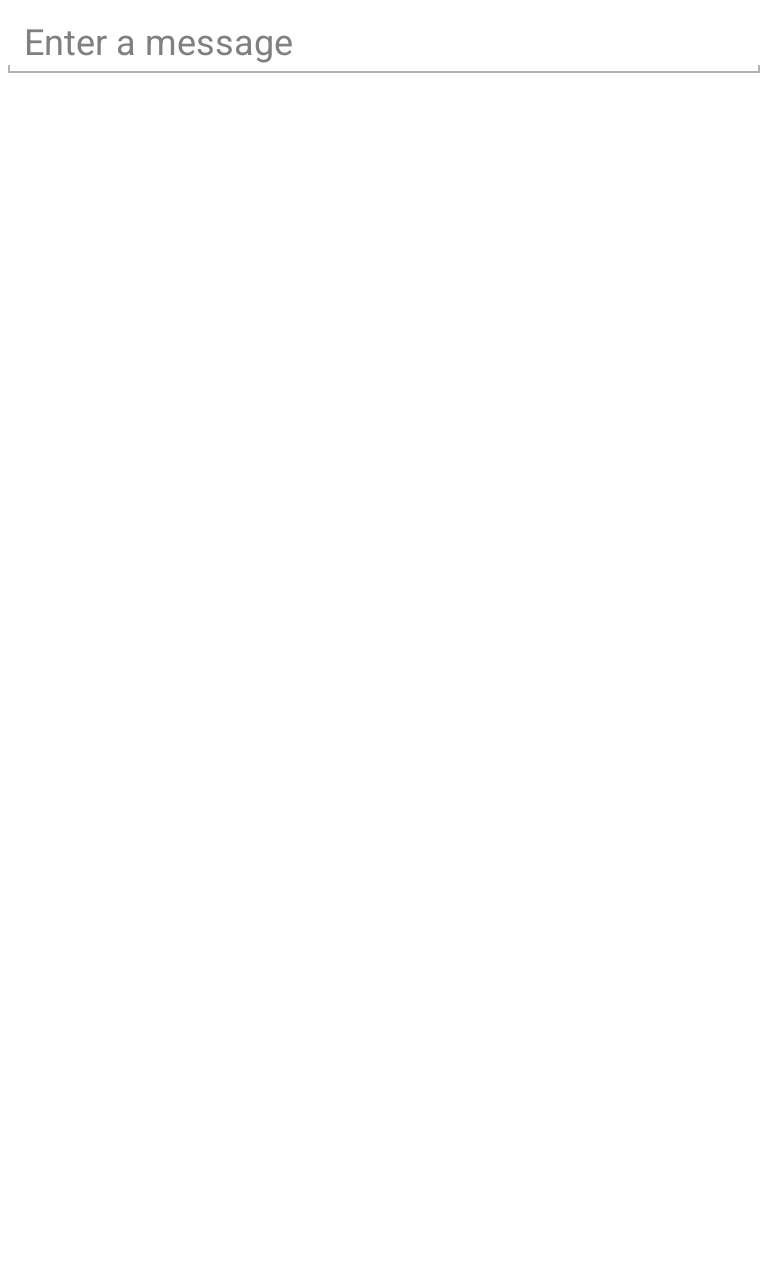
Repository: theodortruffer/ese2013_warmup
Layout: Desktop/ese2013_warmup/MyFirstApp/res/layout/activity_main.xml
These files come from the project's save history. The layout is drawn as it stood at one moment and after the next save; the edit follows.
It is drawn on a 768 x 1280 px phone screen (xhdpi) without system bars, with theme AppTheme; the app's code is not run.

Above is the layout before, as saved 2013-09-18 21:35:54.

### Desktop/ese2013_warmup/MyFirstApp/res/layout/activity_main.xml
<LinearLayout xmlns:android="http://schemas.android.com/apk/res/android"
    xmlns:tools="http://schemas.android.com/tools"
    android:layout_width="match_parent"
    android:layout_height="match_parent"
    android:orientation="horizontal" >
    <EditText
        android:layout_weight="1"
        android:id="@+id/edit_message"
        android:layout_width="0dp"
        android:layout_height="wrap_content"
        android:hint="@string/edit_message" />
    <Button
        android:layout_width="wrap_conten"
        android:layout_height="wrap_content"
        android:text="@string/button_send"/>
</LinearLayout>

### Desktop/ese2013_warmup/MyFirstApp/res/values/strings.xml
<?xml version="1.0" encoding="utf-8"?>
<resources>

    <string name="app_name">My First App</string>
    <string name="action_settings">Settings</string>
    <string name="edit_message">Enter a message</string>
	<string name="button_send">Send</string>
	<string name="title_activity_main">MainAcivity</string>

</resources>

Loaded but not shown: Desktop/ese2013_warmup/MyFirstApp/res/values/styles.xml (common file); Desktop/ese2013_warmup/MyFirstApp/res/values-v11/styles.xml (common file); Desktop/ese2013_warmup/MyFirstApp/res/values-v14/styles.xml (common file)

After the next save:
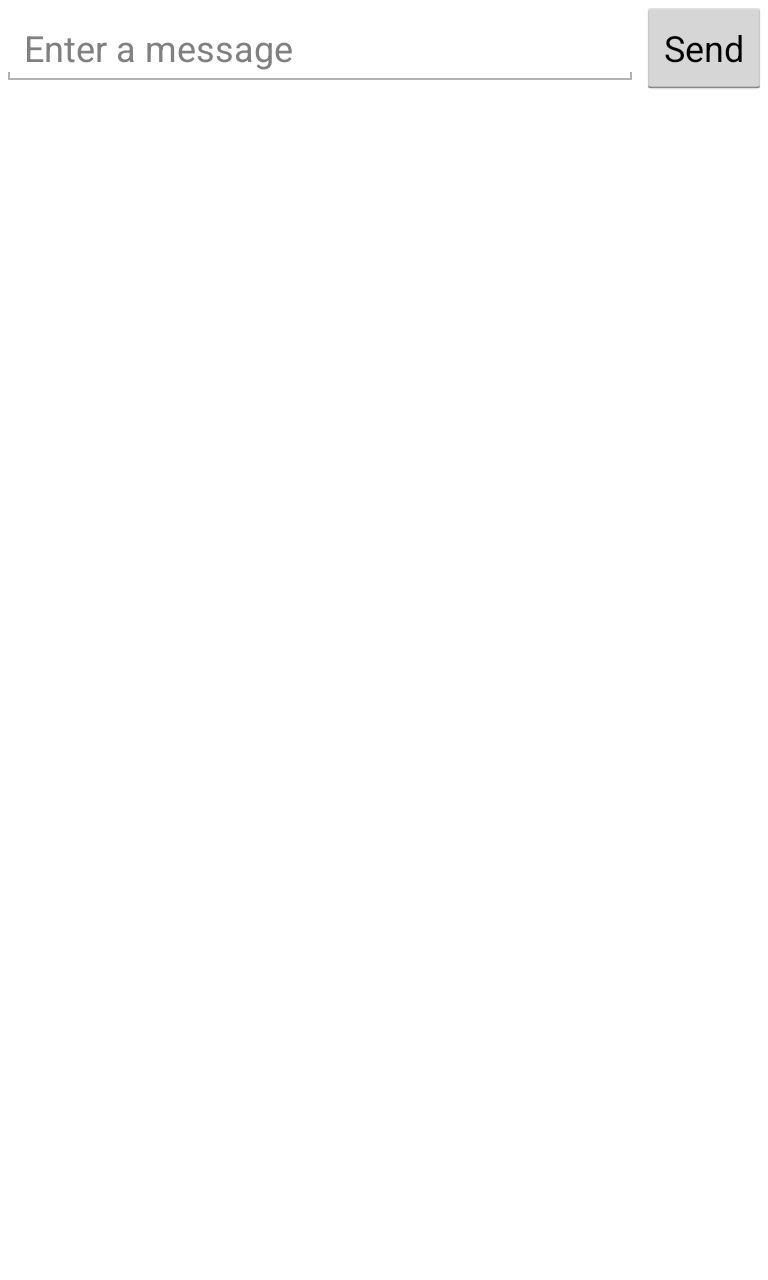
Saved 8 s later.
--- a/Desktop/ese2013_warmup/MyFirstApp/res/layout/activity_main.xml
+++ b/Desktop/ese2013_warmup/MyFirstApp/res/layout/activity_main.xml
@@ -10,7 +10,7 @@
         android:layout_height="wrap_content"
         android:hint="@string/edit_message" />
     <Button
-        android:layout_width="wrap_conten"
+        android:layout_width="wrap_content"
         android:layout_height="wrap_content"
         android:text="@string/button_send"/>
 </LinearLayout>
